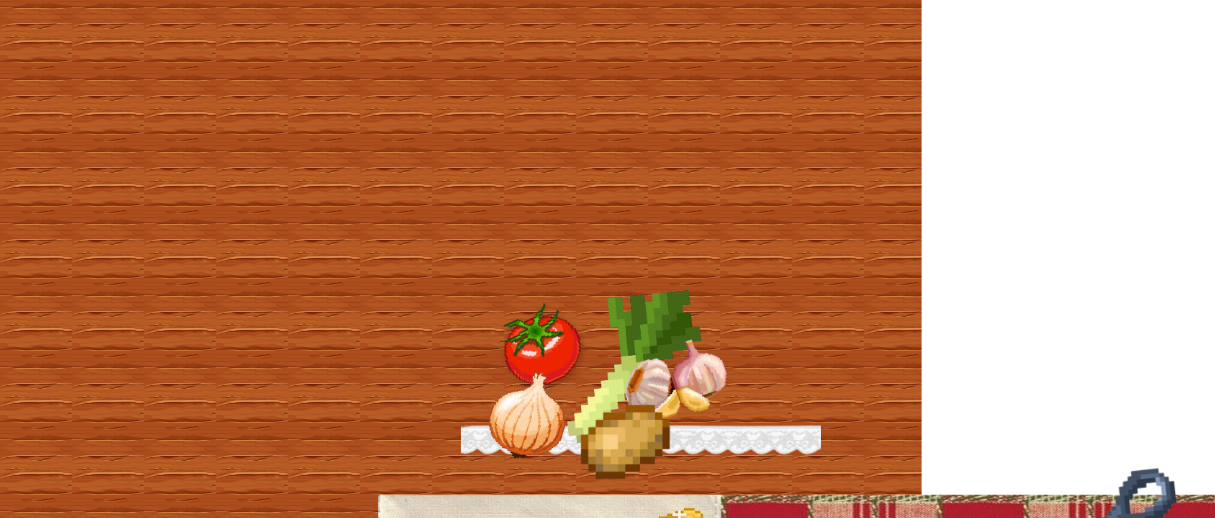
Repository: AJamdonuts/ToddyTalks
Page: playingaround2/pages/chefsujin.html
These files come from the project's save history. The page is drawn as it stood at one moment and after the next save; the edit follows.
The browser window is 1280 px wide. The page is 1280 px wide, then 1688 px, so the pictures cover 1688 px, including what lies to the right of the window. The pictures show the whole page, at 72% of full size.

Above is the page before, as saved 2025-11-26 18:41:11.

After the next save:
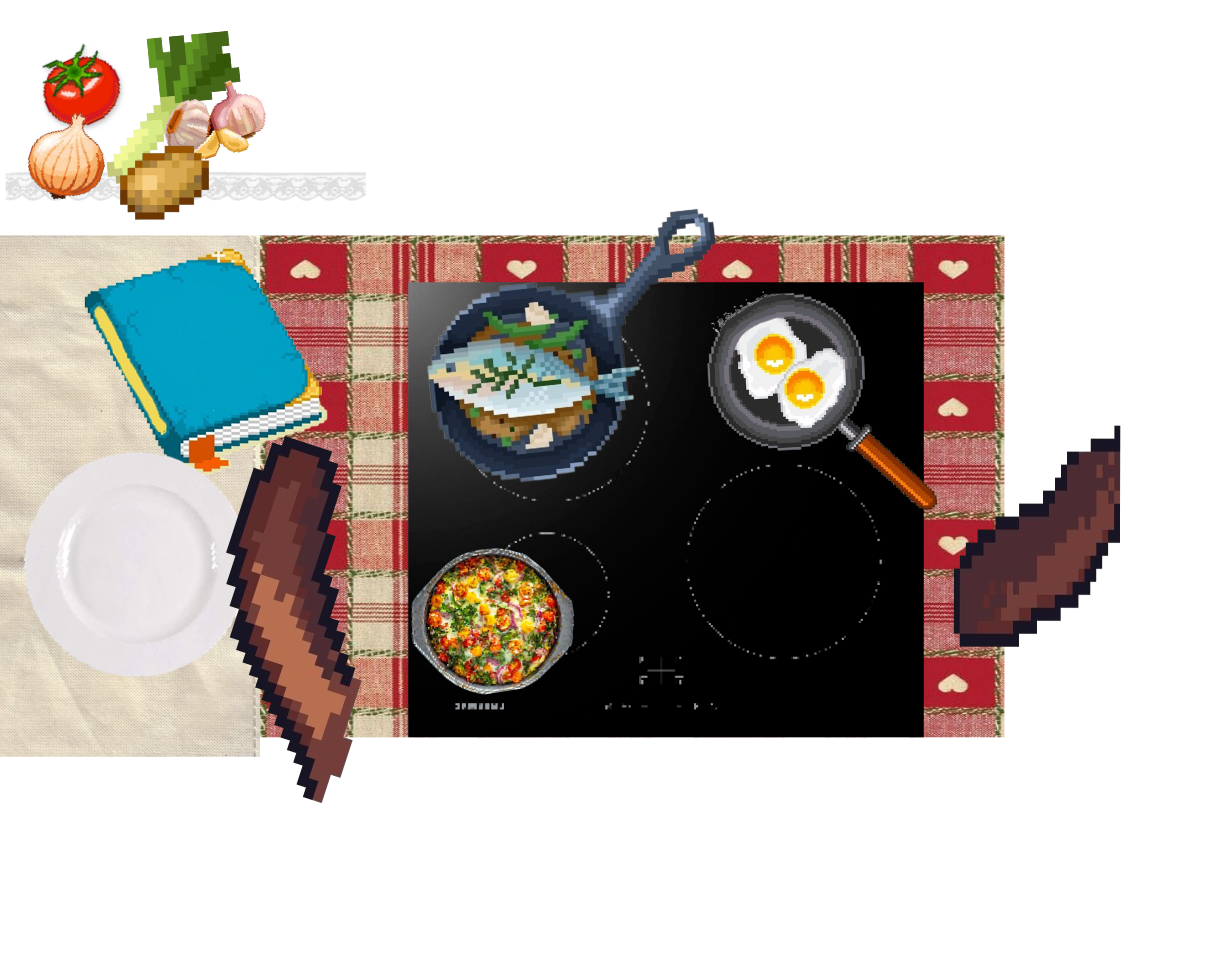
Saved 2 min 7 s later.
--- a/playingaround2/styles/chefsujin.css
+++ b/playingaround2/styles/chefsujin.css
@@ -1,49 +1,3 @@
-html, body {
-    margin: 0;
-    padding: 0;
-
-}
-
-.canvas {
-    /* fixed-size design surface (original Figma artboard) */
-    position: fixed;
-    top: 50%;
-    left: 50%;
-    width: 1440px;
-    height: 1024px;
-
-    /*
-       Compute a scale so the entire 1440x1024 artboard will always fit
-       inside the viewport. We take the smaller of width and height scale
-       so nothing overflows either direction.
-    */
-    --design-w: 1440;
-    --design-h: 1024;
-    /* never upscale past 100% — only scale down to fit small viewports */
-    --scale: min(1, calc(100vw / var(--design-w)), calc(100vh / var(--design-h)));
-
-    /* translate to center then scale — scaling from the center keeps layout
-       predictable when the viewport aspect ratio changes. */
-    transform-origin: 50% 50%;
-    transform: translate(-50%, -50%) scale(var(--scale));
-
-    /* hardware accelerate transforms for smoother resizing/animations */
-    will-change: transform;
-}
-
-/* make sure the scaled canvas never causes page scrollbars */
-html, body { height: 100%; }
-body { overflow: hidden; }
-
-
-/* Body background stays normal */
-body {
-    margin: 0;
-    background-image: url("/playingaround2/images/kitchencounter.jpg");
-    background-size: 100px 100px;
-    background-position: top left;
-    background-repeat: repeat;
-}
 
 /* Figma → Web: all original px values used */
 
